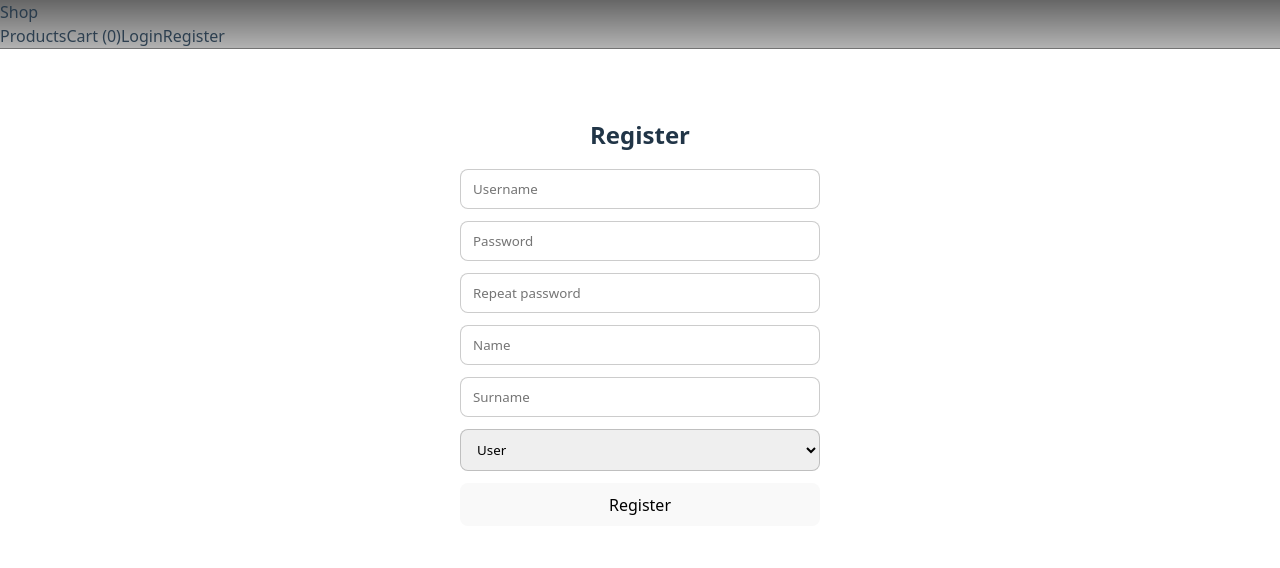
Repository: ADamjanovski/e-commerce-project-emt
Page: /register (app in frontend/)
These files come from the project's save history. The page is drawn as it stood at one moment and after the next save; the edit follows.
The browser window is 1280 px wide. The pictures show the whole page.
The page's requests for data from a server got no answer. The project was rebuilt for these pictures with package versions that can differ from the ones it lists, and the page was loaded fresh each time. No one was signed in, and anything a server would have sent is missing. Also part of the build but not shown: frontend/vite.config.ts, frontend/src/pages/LoginPage.tsx, frontend/src/components/ProductCard.tsx, frontend/src/pages/ProductListPage.tsx, frontend/src/pages/ProductDetailsPage.tsx, frontend/src/pages/CartPage.tsx.

Above is the page before, as saved 2025-09-09 17:32:20.

After the next save:
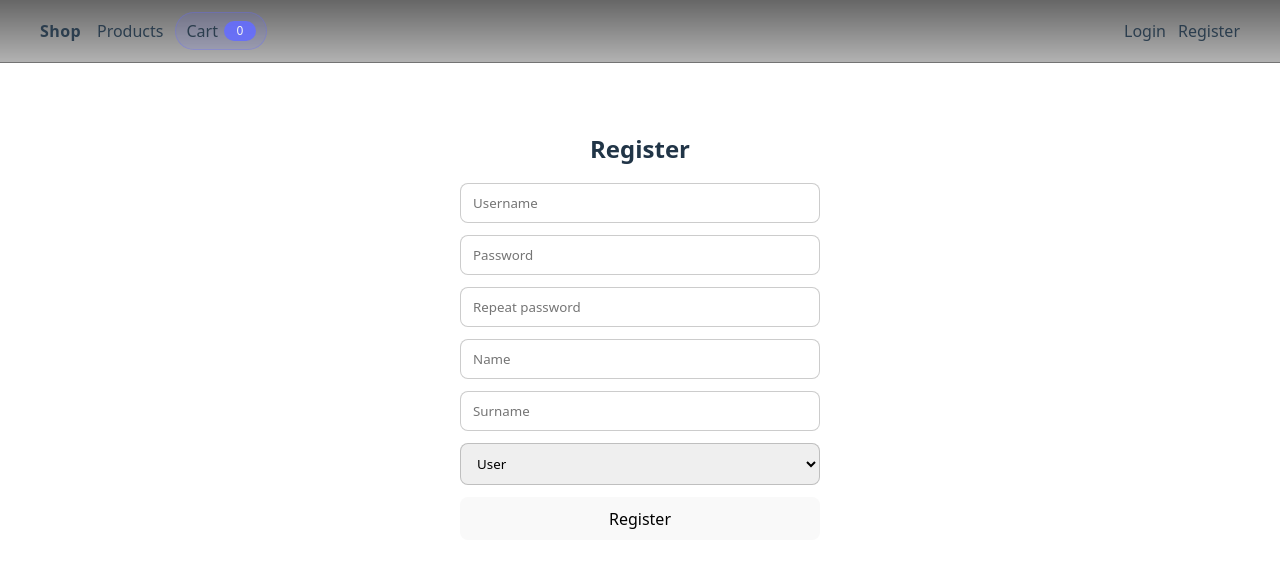
Saved 5 s later.
--- a/frontend/src/components/Navbar.tsx
+++ b/frontend/src/components/Navbar.tsx
@@ -8,22 +8,26 @@ export default function Navbar() {
   const { cart } = useCart();
   return (
     <header className="nav">
-      <Link to="/">Shop</Link>
-      <nav>
-        <Link to="/products">Products</Link>
-        <Link to="/cart">
-          Cart ({cart?.products.length ?? 0})
-        </Link>
-        {role === 'ROLE_ADMIN' && <Link to="/admin">Admin</Link>}
+      <div className="nav-inner">
+        <Link to="/" className="brand">Shop</Link>
+        <nav className="links">
+          <Link to="/products">Products</Link>
+          <Link to="/cart" className="badge">
+            <span>Cart</span>
+            <span className="count">{cart?.products.length ?? 0}</span>
+          </Link>
+          {role === 'ROLE_ADMIN' && <Link to="/admin">Admin</Link>}
+        </nav>
+        <div className="spacer" />
         {isAuth ? (
           <button onClick={logout}>Logout</button>
         ) : (
-          <>
+          <nav className="links">
             <Link to="/login">Login</Link>
             <Link to="/register">Register</Link>
-          </>
+          </nav>
         )}
-      </nav>
+      </div>
     </header>
   );
 }
